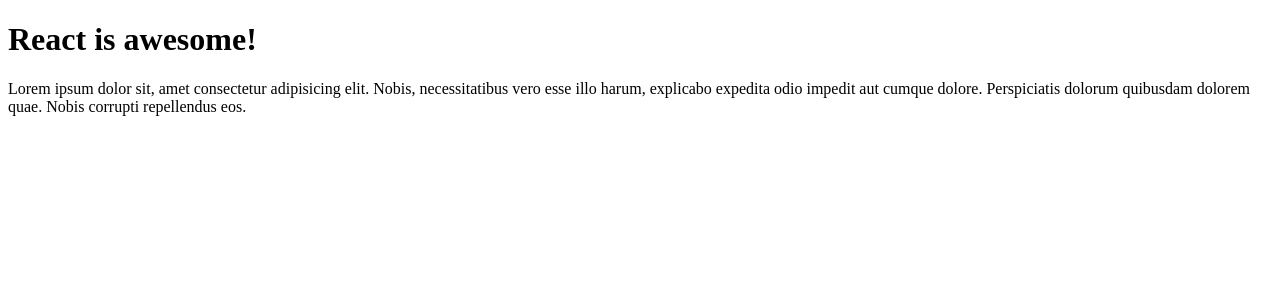
Repository: ubin-0527/D3-F-week1
Page: /
The author's editor kept a copy of each file at every save. The page is drawn from the files as they stood at one save, then again after the next save.
The browser window is 1280 px wide. The pictures show the whole page.
The project was rebuilt for these pictures with package versions that can differ from the ones it lists, and the page was loaded fresh each time. Also part of the build but not shown: vite.config.js, src/index.css.

Above is the page before, as saved 2025-09-08 15:40:41.

After the next save:
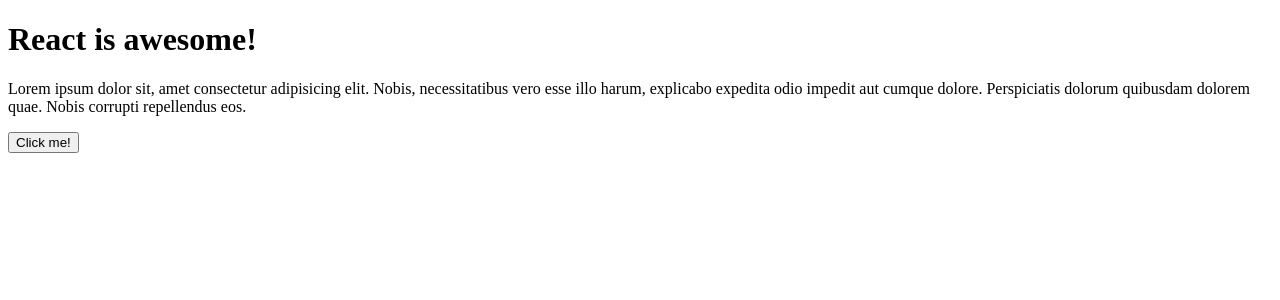
Saved 51 s later.
--- a/src/App.jsx
+++ b/src/App.jsx
@@ -8,6 +8,7 @@
                 impedit aut cumque dolore. Perspiciatis dolorum quibusdam
                 dolorem quae. Nobis corrupti repellendus eos.
             </p>
+            <button>Click me!</button>
         </div>
     );
 }
